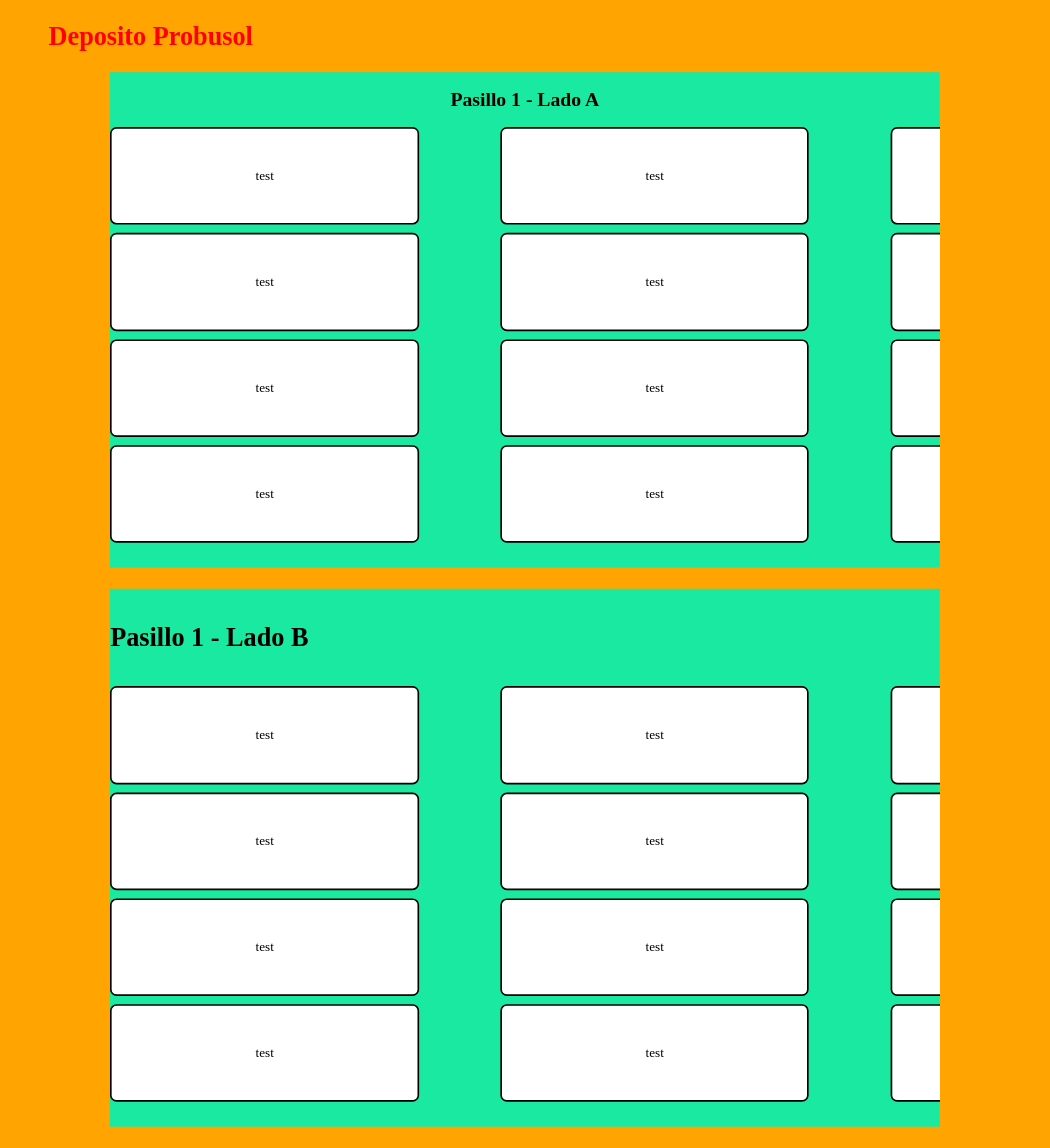
Repository: Franzcod/DepoStock_Web
Page: index.html
An editor plug-in stored every save of this project. The page is shown before and after the next save, followed by the edit.
The browser window is 1280 px wide. The pictures show the whole page, at 82% of full size.

Above is the page before, as saved 2020-06-07 03:01:08.
Console error: ReferenceError: ur is not defined

### index.html
<!DOCTYPE html>
<html lang="en">
<head>
    <meta charset="UTF-8">
    <meta name="viewport" content="width=device-width, initial-scale=1.0">
    <title>Deposito Probusol</title>

    <link rel="stylesheet" href="estilo/estilo.css">
</head>
<body>

    <div class="titulo">
        <h1>Deposito Probusol</h1>
    </div>


    <div class="app">
        <h2>Pasillo 1 - Lado A</h2>

        <ul class="hs">
            <li class="item">test</li>
            <li class="item">test</li>
            <li class="item">test</li>
            <li class="item">test</li>
            <li class="item">test</li>
            <li class="item">test</li>
            <li class="item">test</li>
            <li class="item">test</li>
            <li class="item">test</li>
            <li class="item">test</li>
            <li class="item">test</li>
            <li class="item">test</li>

        </ul>

        <!-- <div class="container">
            <div class="item">
            <h3>Block for context</h3>
            </div>
        </div> -->
    </div>

    <div class="app">
        <h1>Pasillo 1 - Lado B</h1>

        <ul class="hs">
            <li class="item">test</li>
            <li class="item">test</li>
            <li class="item">test</li>
            <li class="item">test</li>
            <li class="item">test</li>
            <li class="item">test</li>
            <li class="item">test</li>
            <li class="item">test</li>
            <li class="item">test</li>
            <li class="item">test</li>
            <li class="item">test</li>
            <li class="item">test</li>

        </ul>

        <!-- <div class="container">
            <div class="item">
            <h3>Block for context</h3>
            </div>
        </div> -->
    </div>






    <script>ur</script>

</body>







</html>

### estilo/estilo.css
html{
    background-color: rgba(255, 164, 0, 1);
}

.titulo{
    margin: 2vw 4vw;
    align-items: center;
    color: red;
}

#div2 {
    border: 3px solid black;
    width:  80%;
    height: 40%;
    margin: 2vw auto;
    padding: 2vh 2vh;
    background-color: rgba(105, 105, 105, 0.565);
}

#div2 { overflow-x: scroll;}

:root {
--gutter: 20px;
}

.app {
padding: var(--gutter) 0;
display: grid;
grid-gap: var(--gutter) 0;
/* grid-template-columns: var(--gutter) 1fr var(--gutter); */
align-content: start;
}

/* .app > * {
grid-column: 2 / 2;
} */
/*
.app > .full {
grid-column: 1 / -1;
} */

.hs {
    display: grid;
    grid-gap: calc(var(--gutter) / 2);
    grid-template-columns: repeat(3, calc(50% - var(--gutter) * 2));
    grid-template-rows: minmax(7vw, 1fr);

    overflow-x: scroll;
    /* scroll-snap-type: x proximity; */
    padding-bottom: calc(.75 * var(--gutter));
    margin-bottom: calc(-.25 * var(--gutter));

}

/* Demo styles */

ul {
    list-style: none;
    padding: 0;
    margin: 0;
}


h2,
h3 {
    margin: auto;
}

.app {
    width: 80%;
    height: 30%;
    background: rgb(26, 233, 161);
    overflow-y: scroll;
    margin: 2vw auto;

}

.hs > li,
.item {
    scroll-snap-align: center;
    /* padding: calc(var(--gutter) / 1 ); */
    display: flex;
    flex-direction: column;
    justify-content: center;
    align-items: center;
    background: #fff;
    border: 2px solid black;
    border-radius: 8px;
    height: 9vw;
    width: 80%;

}

After the next save:
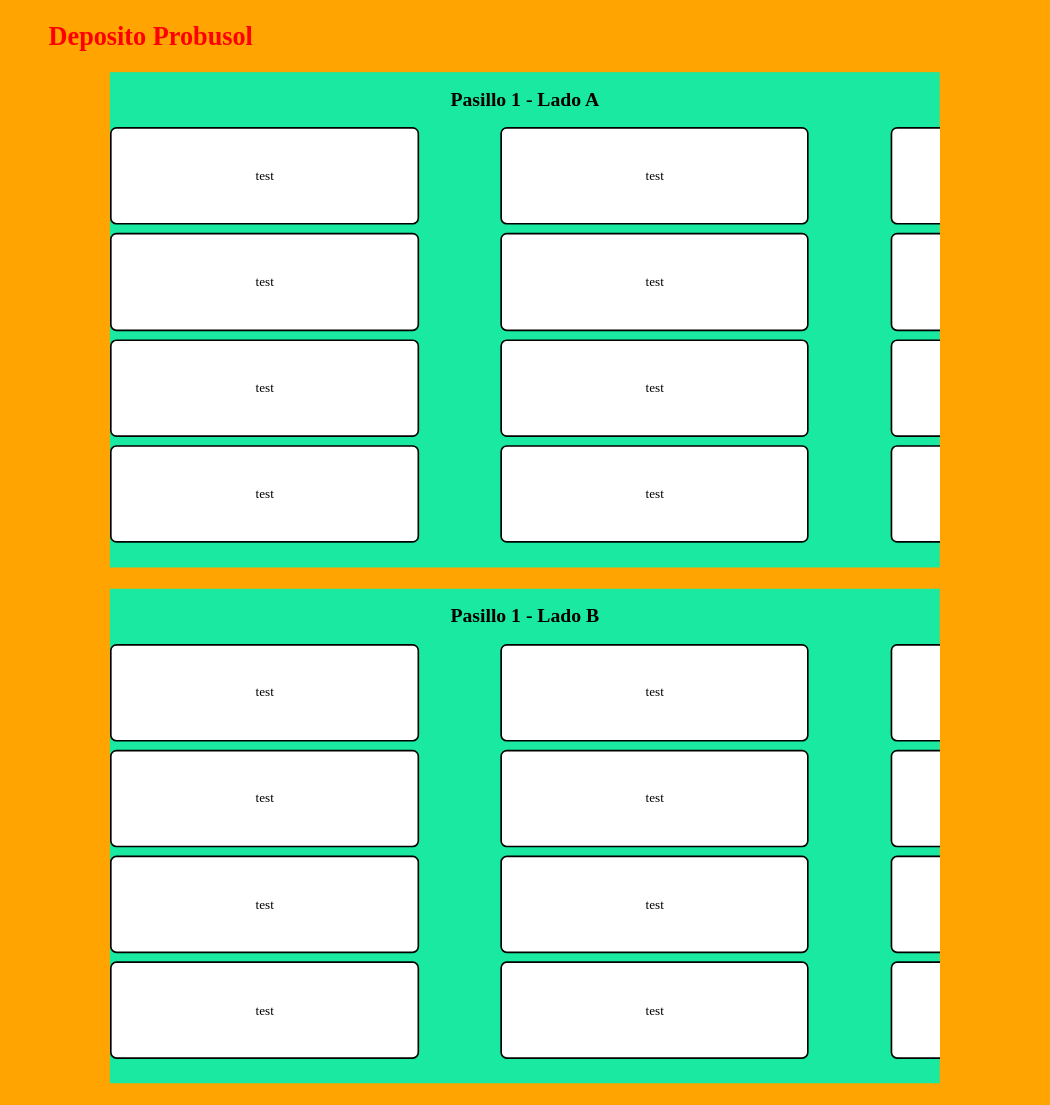
Saved 11 s later.
--- a/index.html
+++ b/index.html
@@ -41,7 +41,7 @@
     </div>
 
     <div class="app">
-        <h1>Pasillo 1 - Lado B</h1>
+        <h2>Pasillo 1 - Lado B</h2>
 
         <ul class="hs">
             <li class="item">test</li>
